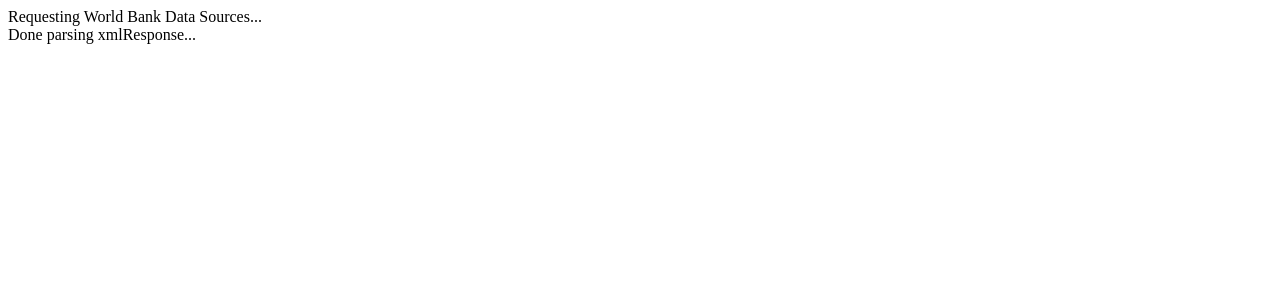
Repository: bugga/venturelab
Page: webkarma/index.html
These files come from the project's save history. The page is drawn as it stood at one moment and after the next save; the edit follows.
The browser window is 1280 px wide. The pictures show the whole page.
The page's requests for data from a server got no answer.

Above is the page before, as saved 2013-02-04 07:02:38.

### webkarma/index.html
<!DOCTYPE html>
<!--[if lt IE 7]>      <html class="no-js lt-ie9 lt-ie8 lt-ie7"> <![endif]-->
<!--[if IE 7]>         <html class="no-js lt-ie9 lt-ie8"> <![endif]-->
<!--[if IE 8]>         <html class="no-js lt-ie9"> <![endif]-->
<!--[if gt IE 8]><!--> <html class="no-js"> <!--<![endif]-->
    <head>
        <meta charset="utf-8">
        <meta http-equiv="X-UA-Compatible" content="IE=edge,chrome=1">
        <title></title>
        <meta name="description" content="">
        <meta name="viewport" content="width=device-width">

        <!-- Place favicon.ico and apple-touch-icon.png in the root directory -->

        <link rel="stylesheet" href="css/normalize.css">
        <link rel="stylesheet" href="css/main.css">
        <script src="js/vendor/modernizr-2.6.2.min.js"></script>
    </head>
    <body onload="getAvailableDataSources()">
        <!--[if lt IE 7]>
            <p class="chromeframe">You are using an <strong>outdated</strong> browser. Please <a href="http://browsehappy.com/">upgrade your browser</a> or <a href="http://www.google.com/chromeframe/?redirect=true">activate Google Chrome Frame</a> to improve your experience.</p>
        <![endif]-->

        <!-- Add your site or application content here -->

		<!-- WORLD BANK -->
		<button> Request World Bank Data Sources </button>
        <!--<script src="//ajax.googleapis.com/ajax/libs/jquery/1.9.0/jquery.min.js"></script>-->
        <script>window.jQuery || document.write('<script src="js/vendor/jquery-1.9.0.min.js"><\/script>')</script>
        <script src="js/plugins.js"></script>
        <script src="js/main.js"></script>

        <!-- Google Analytics: change UA-XXXXX-X to be your site's ID. -->
        <!-- <script>
            var _gaq=[['_setAccount','UA-XXXXX-X'],['_trackPageview']];
            (function(d,t){var g=d.createElement(t),s=d.getElementsByTagName(t)[0];
            g.src=('https:'==location.protocol?'//ssl':'//www')+'.google-analytics.com/ga.js';
            s.parentNode.insertBefore(g,s)}(document,'script'));
        </script> -->
    </body>
</html>

### webkarma/css/main.css
/*
 * HTML5 Boilerplate
 *
 * What follows is the result of much research on cross-browser styling.
 * Credit left inline and big thanks to Nicolas Gallagher, Jonathan Neal,
 * Kroc Camen, and the H5BP dev community and team.
 */

/* ==========================================================================
   Base styles: opinionated defaults
   ========================================================================== */

html,
button,
input,
select,
textarea {
    color: #222;
}

body {
    font-size: 1em;
    line-height: 1.4;
}

/*
 * Remove text-shadow in selection highlight: h5bp.com/i
 * These selection declarations have to be separate.
 * Customize the background color to match your design.
 */

::-moz-selection {
    background: #b3d4fc;
    text-shadow: none;
}

::selection {
    background: #b3d4fc;
    text-shadow: none;
}

/*
 * A better looking default horizontal rule
 */

hr {
    display: block;
    height: 1px;
    border: 0;
    border-top: 1px solid #ccc;
    margin: 1em 0;
    padding: 0;
}

/*
 * Remove the gap between images and the bottom of their containers: h5bp.com/i/440
 */

img {
    vertical-align: middle;
}

/*
 * Remove default fieldset styles.
 */

fieldset {
    border: 0;
    margin: 0;
    padding: 0;
}

/*
 * Allow only vertical resizing of textareas.
 */

textarea {
    resize: vertical;
}

/* ==========================================================================
   Chrome Frame prompt
   ========================================================================== */

.chromeframe {
    margin: 0.2em 0;
    background: #ccc;
    color: #000;
    padding: 0.2em 0;
}

/* ==========================================================================
   Author's custom styles
   ========================================================================== */

















/* ==========================================================================
   Helper classes
   ========================================================================== */

/*
 * Image replacement
 */

.ir {
    background-color: transparent;
    border: 0;
    overflow: hidden;
    /* IE 6/7 fallback */
    *text-indent: -9999px;
}

.ir:before {
    content: "";
    display: block;
    width: 0;
    height: 150%;
}

/*
 * Hide from both screenreaders and browsers: h5bp.com/u
 */

.hidden {
    display: none !important;
    visibility: hidden;
}

/*
 * Hide only visually, but have it available for screenreaders: h5bp.com/v
 */

.visuallyhidden {
    border: 0;
    clip: rect(0 0 0 0);
    height: 1px;
    margin: -1px;
    overflow: hidden;
    padding: 0;
    position: absolute;
    width: 1px;
}

/*
 * Extends the .visuallyhidden class to allow the element to be focusable
 * when navigated to via the keyboard: h5bp.com/p
 */

.visuallyhidden.focusable:active,
.visuallyhidden.focusable:focus {
    clip: auto;
    height: auto;
    margin: 0;
    overflow: visible;
    position: static;
    width: auto;
}

/*
 * Hide visually and from screenreaders, but maintain layout
 */

.invisible {
    visibility: hidden;
}

/*
 * Clearfix: contain floats
 *
 * For modern browsers
 * 1. The space content is one way to avoid an Opera bug when the
 *    `contenteditable` attribute is included anywhere else in the document.
 *    Otherwise it causes space to appear at the top and bottom of elements
 *    that receive the `clearfix` class.
 * 2. The use of `table` rather than `block` is only necessary if using
 *    `:before` to contain the top-margins of child elements.
 */

.clearfix:before,
.clearfix:after {
    content: " "; /* 1 */
    display: table; /* 2 */
}

.clearfix:after {
    clear: both;
}

/*
 * For IE 6/7 only
 * Include this rule to trigger hasLayout and contain floats.
 */

.clearfix {
    *zoom: 1;
}

/* ==========================================================================
   EXAMPLE Media Queries for Responsive Design.
   Theses examples override the primary ('mobile first') styles.
   Modify as content requires.
   ========================================================================== */

@media only screen and (min-width: 35em) {
    /* Style adjustments for viewports that meet the condition */
}

@media print,
       (-o-min-device-pixel-ratio: 5/4),
       (-webkit-min-device-pixel-ratio: 1.25),
       (min-resolution: 120dpi) {
    /* Style adjustments for high resolution devices */
}

/* ==========================================================================
   Print styles.
   Inlined to avoid required HTTP connection: h5bp.com/r
   ========================================================================== */

@media print {
    * {
        background: transparent !important;
        color: #000 !important; /* Black prints faster: h5bp.com/s */
        box-shadow: none !important;
        text-shadow: none !important;
    }

    a,
    a:visited {
        text-decoration: underline;
    }

    a[href]:after {
        content: " (" attr(href) ")";
    }

    abbr[title]:after {
        content: " (" attr(title) ")";
    }

    /*
     * Don't show links for images, or javascript/internal links
     */

    .ir a:after,
    a[href^="javascript:"]:after,
    a[href^="#"]:after {
        content: "";
    }

    pre,
    blockquote {
        border: 1px solid #999;
        page-break-inside: avoid;
    }

    thead {
        display: table-header-group; /* h5bp.com/t */
    }

    tr,
    img {
        page-break-inside: avoid;
    }

    img {
        max-width: 100% !important;
    }

    @page {
        margin: 0.5cm;
    }

    p,
    h2,
    h3 {
        orphans: 3;
        widows: 3;
    }

    h2,
    h3 {
        page-break-after: avoid;
    }
}

### webkarma/js/plugins.js
// Avoid `console` errors in browsers that lack a console.
(function() {
    var method;
    var noop = function () {};
    var methods = [
        'assert', 'clear', 'count', 'debug', 'dir', 'dirxml', 'error',
        'exception', 'group', 'groupCollapsed', 'groupEnd', 'info', 'log',
        'markTimeline', 'profile', 'profileEnd', 'table', 'time', 'timeEnd',
        'timeStamp', 'trace', 'warn'
    ];
    var length = methods.length;
    var console = (window.console = window.console || {});

    while (length--) {
        method = methods[length];

        // Only stub undefined methods.
        if (!console[method]) {
            console[method] = noop;
        }
    }
}());

// Place any jQuery/helper plugins in here.

### webkarma/js/main.js
/**
 * @author Shriyamvar Bugga
 */

function getAvailableDataSources()
{
	var httpRequest;
	var url = "http://api.worldbank.org/source?per_page=50";

	makeRequest( url );
}

function makeRequest(url)
{
	if (window.XMLHttpRequest)
 	{ // Mozilla, Safari, ...
		httpRequest = new XMLHttpRequest();
    }
    else if (window.ActiveXObject)
    { // IE
		try
		{
        	httpRequest = new ActiveXObject("Msxml2.XMLHTTP");
        }
        catch (e)
        {
        	try
        	{
        		httpRequest = new ActiveXObject("Microsoft.XMLHTTP");
        	}
        	catch (e) {}
        }
    }

    if (!httpRequest)
    {
    	alert('Giving up :( Cannot create an XMLHTTP instance');
    	return false;
    }

	httpRequest.onreadystatechange = checkResponseXML;
    httpRequest.open('GET', url, true);
    httpRequest.send();
    document.write("Requesting World Bank Data Sources...<br/>");
}

function checkResponseXML()
{
	if (httpRequest.readyState === 4)
    {
    	var xmlDoc = ParseHTTPResponse(httpRequest);
    	document.write("Done parsing xmlResponse... <br/>");
	}
}

function ParseHTTPResponse (httpRequest) {
    var xmlDoc = httpRequest.responseXML;
            // if responseXML is not valid, try to create the XML document from the responseText property
    if (!xmlDoc || !xmlDoc.documentElement) {
        if (window.DOMParser) {
            var parser = new DOMParser();
            try {
            	xmlDoc=parser.parseFromString(httpRequest.responseXML,"application/xml");
            } catch (e) {
                alert ("XML parsing error!!!!!!!");
                return null;
            };
        }
        else {

            xmlDoc = CreateMSXMLDocumentObject ();
            if (!xmlDoc) {
                return null;
            }
            xmlDoc.loadXML (httpRequest.responseText);

        }

    }
                // if there was an error while parsing the XML document
    var errorMsg = null;
    if (xmlDoc.parseError && xmlDoc.parseError.errorCode != 0) {
        errorMsg = "XML Parsing Error: " + xmlDoc.parseError.reason
                  + " at line " + xmlDoc.parseError.line
                  + " at position " + xmlDoc.parseError.linepos;
    }
    else {
        if (xmlDoc.documentElement) {
            if (xmlDoc.documentElement.nodeName == "parsererror") {
                errorMsg = xmlDoc.documentElement.childNodes[0].nodeValue;
            }
        }
    }
    if (errorMsg) {
        alert (errorMsg);
        return null;
    }
            // ok, the XML document is valid
    return xmlDoc;
}

Loaded but not shown: webkarma/css/normalize.css (library); webkarma/js/vendor/modernizr-2.6.2.min.js (library); webkarma/js/vendor/jquery-1.9.0.min.js (library)

After the next save:
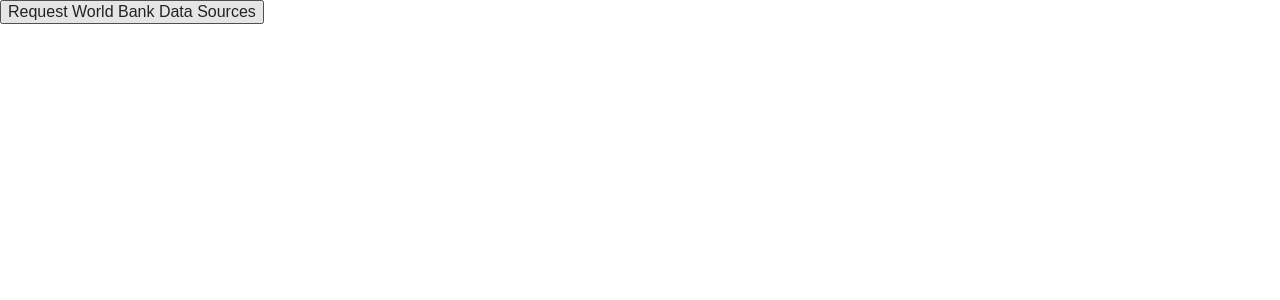
Saved 21 s later.
--- a/webkarma/index.html
+++ b/webkarma/index.html
@@ -16,7 +16,7 @@
         <link rel="stylesheet" href="css/main.css">
         <script src="js/vendor/modernizr-2.6.2.min.js"></script>
     </head>
-    <body onload="getAvailableDataSources()">
+    <body>
         <!--[if lt IE 7]>
             <p class="chromeframe">You are using an <strong>outdated</strong> browser. Please <a href="http://browsehappy.com/">upgrade your browser</a> or <a href="http://www.google.com/chromeframe/?redirect=true">activate Google Chrome Frame</a> to improve your experience.</p>
         <![endif]-->
@@ -24,7 +24,7 @@
         <!-- Add your site or application content here -->
 
 		<!-- WORLD BANK -->
-		<button> Request World Bank Data Sources </button>
+		<button onclick=""> Request World Bank Data Sources </button>
         <!--<script src="//ajax.googleapis.com/ajax/libs/jquery/1.9.0/jquery.min.js"></script>-->
         <script>window.jQuery || document.write('<script src="js/vendor/jquery-1.9.0.min.js"><\/script>')</script>
         <script src="js/plugins.js"></script>
